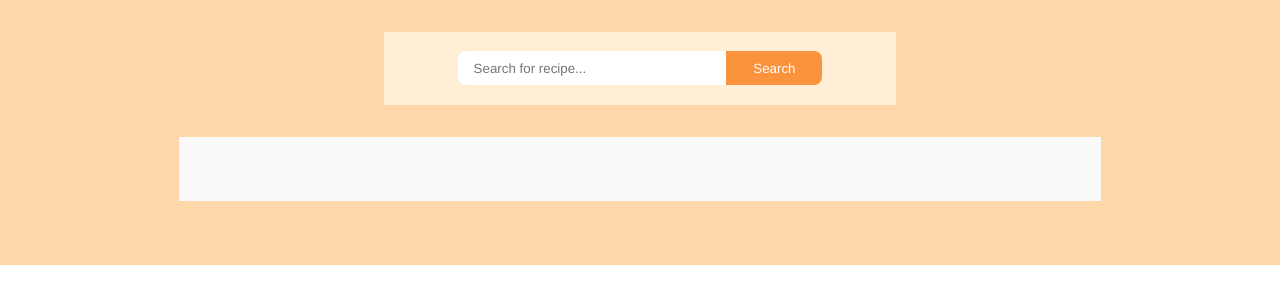
Repository: sandipkarmokar/recipeApp
Page: /
An editor plug-in stored every save of this project. The page is shown before and after the next save, followed by the edit.
The browser window is 1280 px wide. The pictures show the whole page.
The page's requests for data from a server got no answer. The project was rebuilt for these pictures with package versions that can differ from the ones it lists, and the page was loaded fresh each time. No one was signed in, and anything a server would have sent is missing. Also part of the build but not shown: src/components/data.js, src/components/listView.js, src/components/recipeShow.js.

Above is the page before, as saved 2022-05-01 11:54:56.

After the next save:
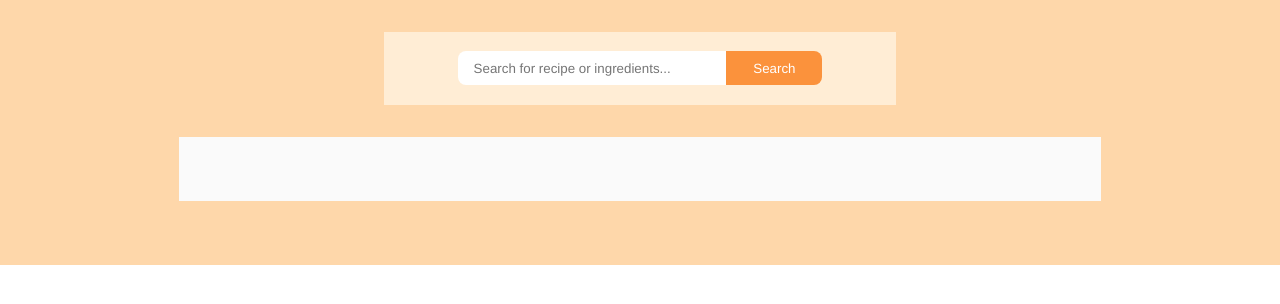
Saved 42 s later.
--- a/src/components/searchBar.js
+++ b/src/components/searchBar.js
@@ -6,7 +6,7 @@ const SearchBar = ({ query, setQuery, fetchData }) => {
             <form onSubmit={fetchData} className="searchBar-container">
                 <input
                     type="text"
-                    placeholder="Search for recipe..."
+                    placeholder="Search for recipe or ingredients..."
                     value={query}
                     onChange={(e) => setQuery(e.target.value)}
                 />
